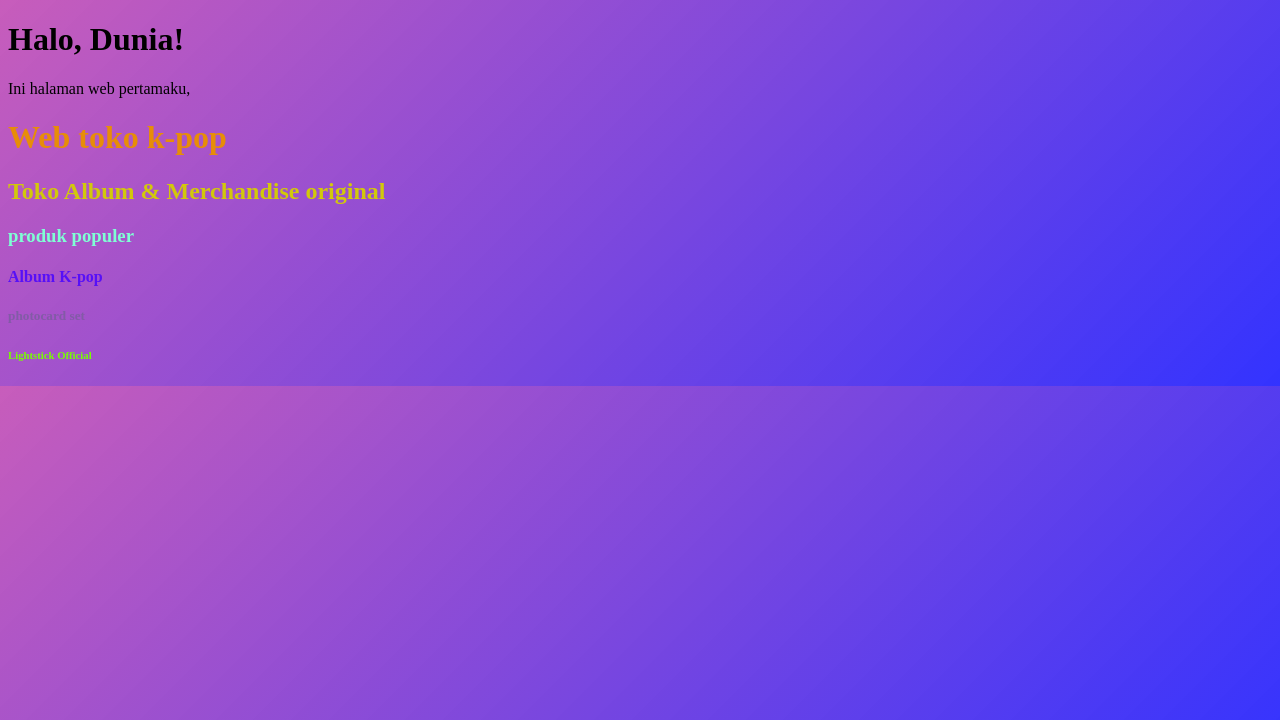
Repository: sekartazivi/241552010020-Web-Application-Development
Page: lagi.html
These files come from the project's save history. The page is drawn as it stood at one moment and after the next save; the edit follows.
The browser window is 1280 px wide. The pictures show the whole page.

Above is the page before, as saved 2026-02-20 08:50:07.

### lagi.html
<!DOCTYPE html>
<html lang="en">
<head>
    <meta charset="UTF-8">
    <meta name="viewport" content="width=device-width, initial-scale=1.0">
    <title>Web Toko Kpop</title>

    <style>
        body {
            background: linear-gradient(135deg, #bc3badd3, #3333ff);
        }
    </style>
</head>

<body>
    <h1 style="color: black;">Halo, Dunia!</h1>
    <p>Ini halaman web pertamaku,</p>
    <h1 style="color: rgb(231, 141, 8);">Web toko k-pop</h1>
    <h2 style="color: rgb(210, 200, 11);">Toko Album & Merchandise original</h2>
    <h3 style="color: aquamarine;">produk populer</h3>
    <h4 style="color: rgb(86, 16, 247);">Album K-pop</h4>
    <h5 style="color: rgb(130, 91, 166);">photocard set</h5>
    <h6 style="color: rgb(119, 255, 0);">Lightstick Official</h6>
</body>
</html>

After the next save:
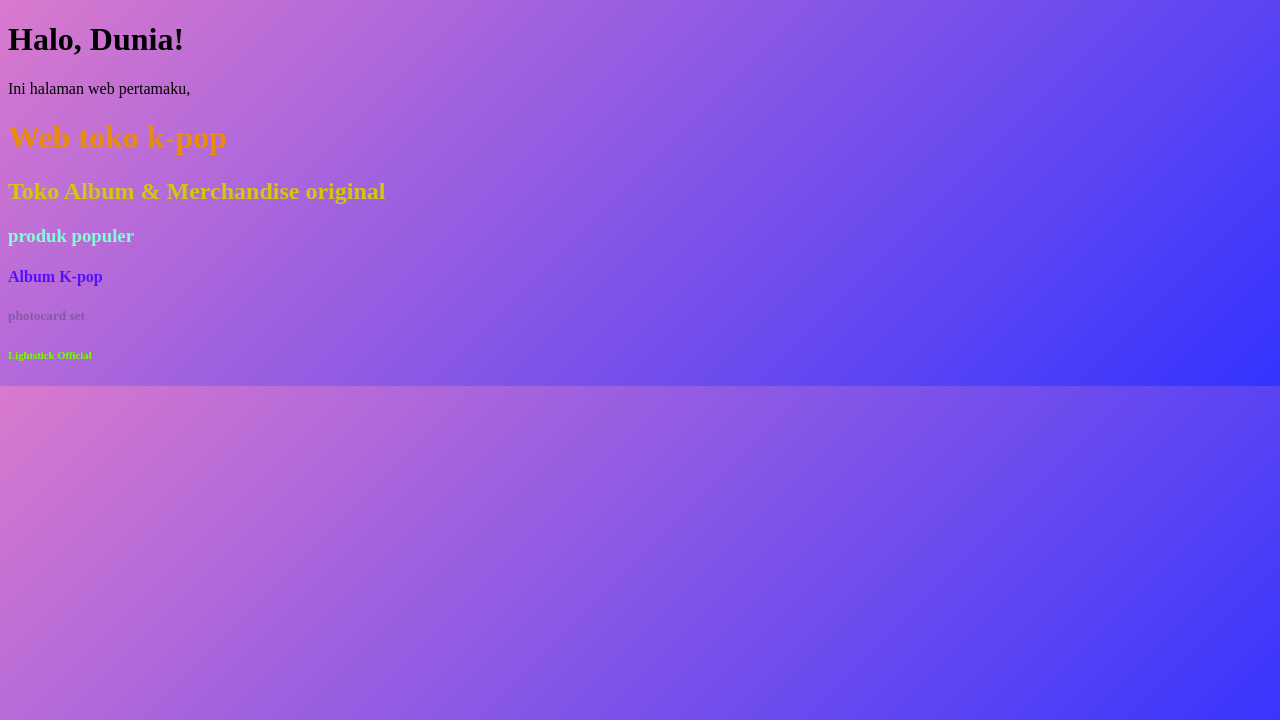
Saved 10 s later.
--- a/lagi.html
+++ b/lagi.html
@@ -7,7 +7,7 @@
 
     <style>
         body {
-            background: linear-gradient(135deg, #bc3badd3, #3333ff);
+            background: linear-gradient(135deg, #d15ec3d3, #3333ff);
         }
     </style>
 </head>
